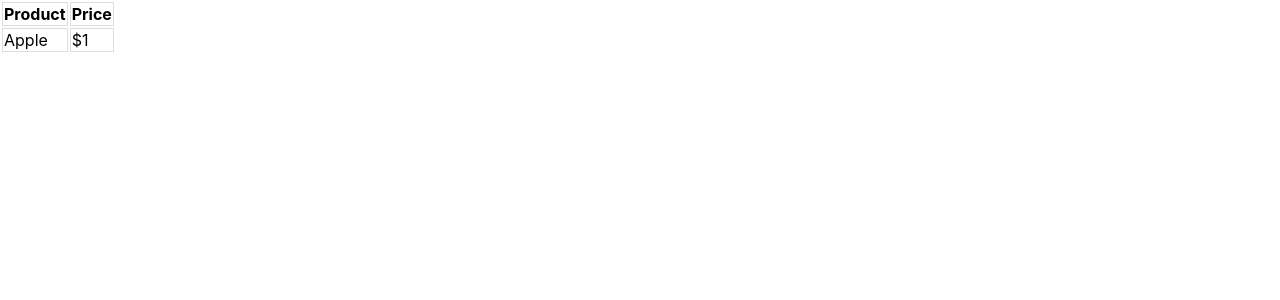
Repository: mariocapitbrok/reactjs-learn
Page: / (app in 05_filtered-data-table/)
An editor plug-in stored every save of this project. The page is shown before and after the next save, followed by the edit.
The browser window is 1280 px wide. The pictures show the whole page.
The project was rebuilt for these pictures with package versions that can differ from the ones it lists, and the page was loaded fresh each time.

Above is the page before, as saved 2023-02-25 20:22:33.

### 05_filtered-data-table/src/App.js
import ProductRow from './components/ProductRow'
import './App.css'

function App() {
  return (
    <div className="App">
      <ProductRow />
    </div>
  )
}

export default App

### 05_filtered-data-table/src/components/ProductRow.jsx
import styled from 'styled-components'

function ProducTrow() {
  const product = {
    category: 'Fruits',
    price: '$1',
    stocked: true,
    name: 'Apple',
  }

  return (
    <Table>
      <Thead>
        <Tr>
          <Th>Product</Th>
          <Th>Price</Th>
        </Tr>
      </Thead>
      <Tbody>
        <Tr>
          <Td>{product.name}</Td>
          <Td>{product.price}</Td>
        </Tr>
      </Tbody>
    </Table>
  )
}

const Table = styled.table.attrs(props => ({
  id: 'products',
}))``
const Thead = styled.thead.attrs(props => ({}))``
const Tbody = styled.tbody.attrs(props => ({}))``
const Tr = styled.tr.attrs(props => ({}))``
const Th = styled.th.attrs(props => ({}))``
const Td = styled.td.attrs(props => ({}))``

export default ProducTrow

### 05_filtered-data-table/src/App.css
#products th, #products td {
  border: 1px solid #ddd
}

Loaded but not shown: 05_filtered-data-table/public/index.html (common file); 05_filtered-data-table/src/index.js (common file); 05_filtered-data-table/src/index.css (common file); 05_filtered-data-table/src/reportWebVitals.js (common file)

After the next save:
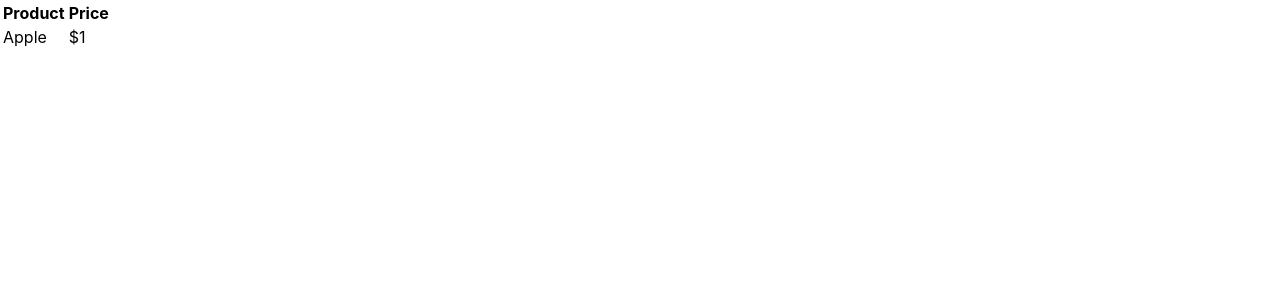
Saved 25 s later.
--- a/05_filtered-data-table/src/components/ProductRow.jsx
+++ b/05_filtered-data-table/src/components/ProductRow.jsx
@@ -27,7 +27,7 @@
 }
 
 const Table = styled.table.attrs(props => ({
-  id: 'products',
+  id: 'productsx',
 }))``
 const Thead = styled.thead.attrs(props => ({}))``
 const Tbody = styled.tbody.attrs(props => ({}))``

After the save that followed:
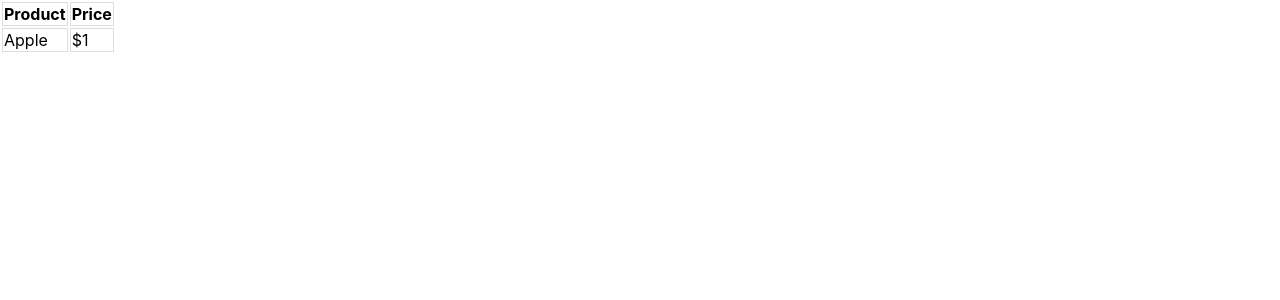
Saved 4 s later.
--- a/05_filtered-data-table/src/components/ProductRow.jsx
+++ b/05_filtered-data-table/src/components/ProductRow.jsx
@@ -27,7 +27,7 @@
 }
 
 const Table = styled.table.attrs(props => ({
-  id: 'productsx',
+  id: 'products',
 }))``
 const Thead = styled.thead.attrs(props => ({}))``
 const Tbody = styled.tbody.attrs(props => ({}))``
